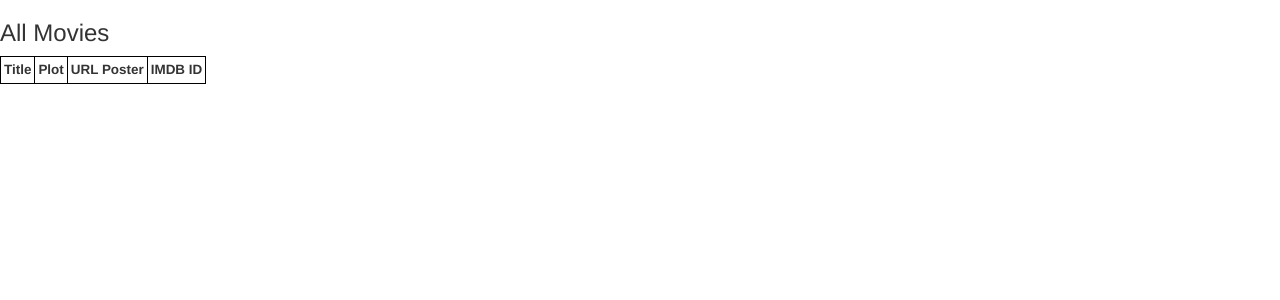
Repository: gitsana/JoseAnnunziato
Page: MyRestfulService/WebContent/movies.html
An editor plug-in stored every save of this project. The page is shown before and after the next save, followed by the edit.
The browser window is 1280 px wide. The pictures show the whole page.

Above is the page before, as saved 2015-10-02 01:37:48.
Console error: SyntaxError: Unexpected token ')'

### MyRestfulService/WebContent/movies.html
<!DOCTYPE html>
<html>
<head>
<meta charset="UTF-8">
<title>All Movies</title>
<link rel="stylesheet" href="https://maxcdn.bootstrapcdn.com/bootstrap/3.3.5/css/bootstrap.min.css">
</head>
<style>
table,th,td {
	border: 1px solid black;
    border-collapse: collapse;
	font-size: .98em;
	padding: 3px;
}
</style>
<body>
<script src="jquery/jquery-1.11.3.js"></script>

<h3>All Movies</h3>
<table id="movietable">
	<tr>
		<th>Title</th>
		<th>Plot</th>
		<th>URL Poster</th>
		<th>IMDB ID</th>
	</tr>
</table>
<script type="text/javascript">
	$(document).ready(function() {
		var movie = [{ title: "Godfather", plot: "Mafia people", urlposter: "gf url poster", imdbid: "tt0068646" },
		              { title: "Peter Pan", plot: "PP PLOT", urlposter: "pan url poster", imdbid: "tt0316396" }];


		$.each(movie, function(key, value) {
			$("#movietable").last().append("<tr><td>" + value.title + "</td><td>" + value.plot +
					"</td><td>" + value.urlposter + "</td><td>" + value.imdbid + "</td></tr>");
		)};

	});

</script>

</body>
</html>

Loaded but not shown: MyRestfulService/WebContent/jquery/jquery-1.11.3.js (library)

After the next save:
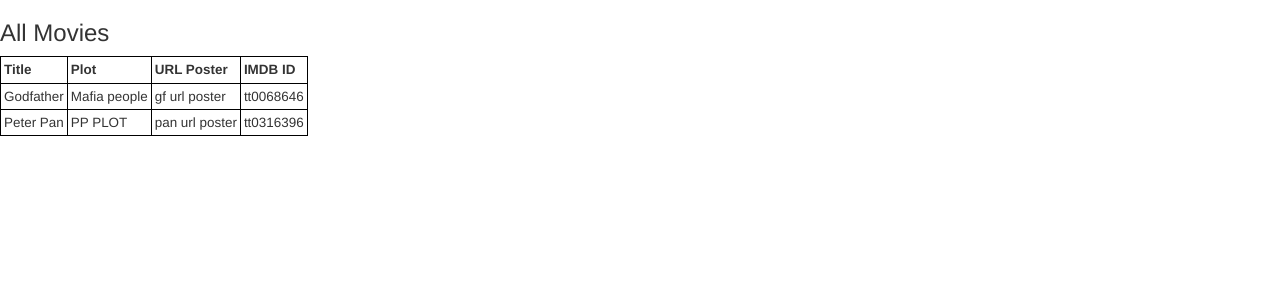
The error is gone.
Saved 50 s later.
--- a/MyRestfulService/WebContent/movies.html
+++ b/MyRestfulService/WebContent/movies.html
@@ -31,10 +31,10 @@ table,th,td {
 		              { title: "Peter Pan", plot: "PP PLOT", urlposter: "pan url poster", imdbid: "tt0316396" }];
 
 
-		$.each(movie, function(key, value) {
+		$.each(movie, function(key, value){
 			$("#movietable").last().append("<tr><td>" + value.title + "</td><td>" + value.plot +
 					"</td><td>" + value.urlposter + "</td><td>" + value.imdbid + "</td></tr>");
-		)};
+		});
 
 	});
 
